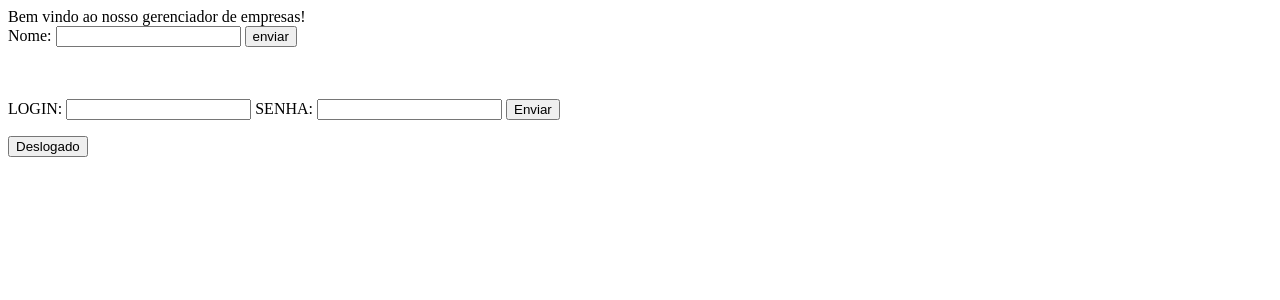
Repository: silllvio/alura
Page: workspace/gerenciador/WebContent/index.html
An editor plug-in stored every save of this project. The page is shown before and after the next save, followed by the edit.
The browser window is 1280 px wide. The pictures show the whole page.

Above is the page before, as saved 2016-11-24 00:46:05.

### workspace/gerenciador/WebContent/index.html
<html>
<body>
	Bem vindo ao nosso gerenciador de empresas!
	<br />

	<form action="novaEmpresa" method="POST">
		Nome: <input type="text" name="nome"> <input type="submit"
			value="enviar">

	</form>

<br>
<br>
<form action="login" method="POST">
	LOGIN: <input type = "email" name= "email"/>
	SENHA: <input type = "password" name = "senha" />
		   <input type = "submit" value = "Enviar" />

</form>

<form action="logout" method="POST"></form>
<input type="submit" value = "Deslogado" />


</body>
</html>

After the next save:
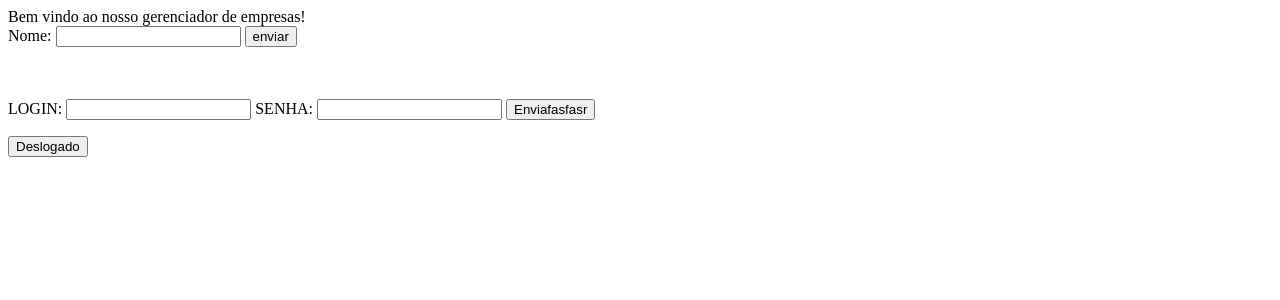
Saved 7 min 7 s later.
--- a/workspace/gerenciador/WebContent/index.html
+++ b/workspace/gerenciador/WebContent/index.html
@@ -14,7 +14,7 @@
 <form action="login" method="POST">
 	LOGIN: <input type = "email" name= "email"/>
 	SENHA: <input type = "password" name = "senha" />
-		   <input type = "submit" value = "Enviar" />
+		   <input type = "submit" value = "Enviafasfasr" />
 
 </form>
 

After the save that followed:
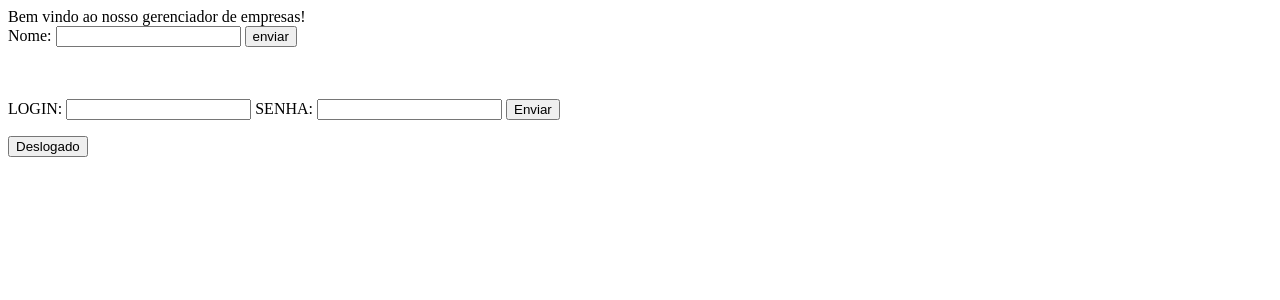
Saved 31 s later.
--- a/workspace/gerenciador/WebContent/index.html
+++ b/workspace/gerenciador/WebContent/index.html
@@ -14,13 +14,13 @@
 <form action="login" method="POST">
 	LOGIN: <input type = "email" name= "email"/>
 	SENHA: <input type = "password" name = "senha" />
-		   <input type = "submit" value = "Enviafasfasr" />
+		   <input type = "submit" value = "Enviar" />
 
 </form>
 
-<form action="logout" method="POST"></form>
+<form action="logout" method="POST">
 <input type="submit" value = "Deslogado" />
-
+</form>
 
 </body>
 </html>
